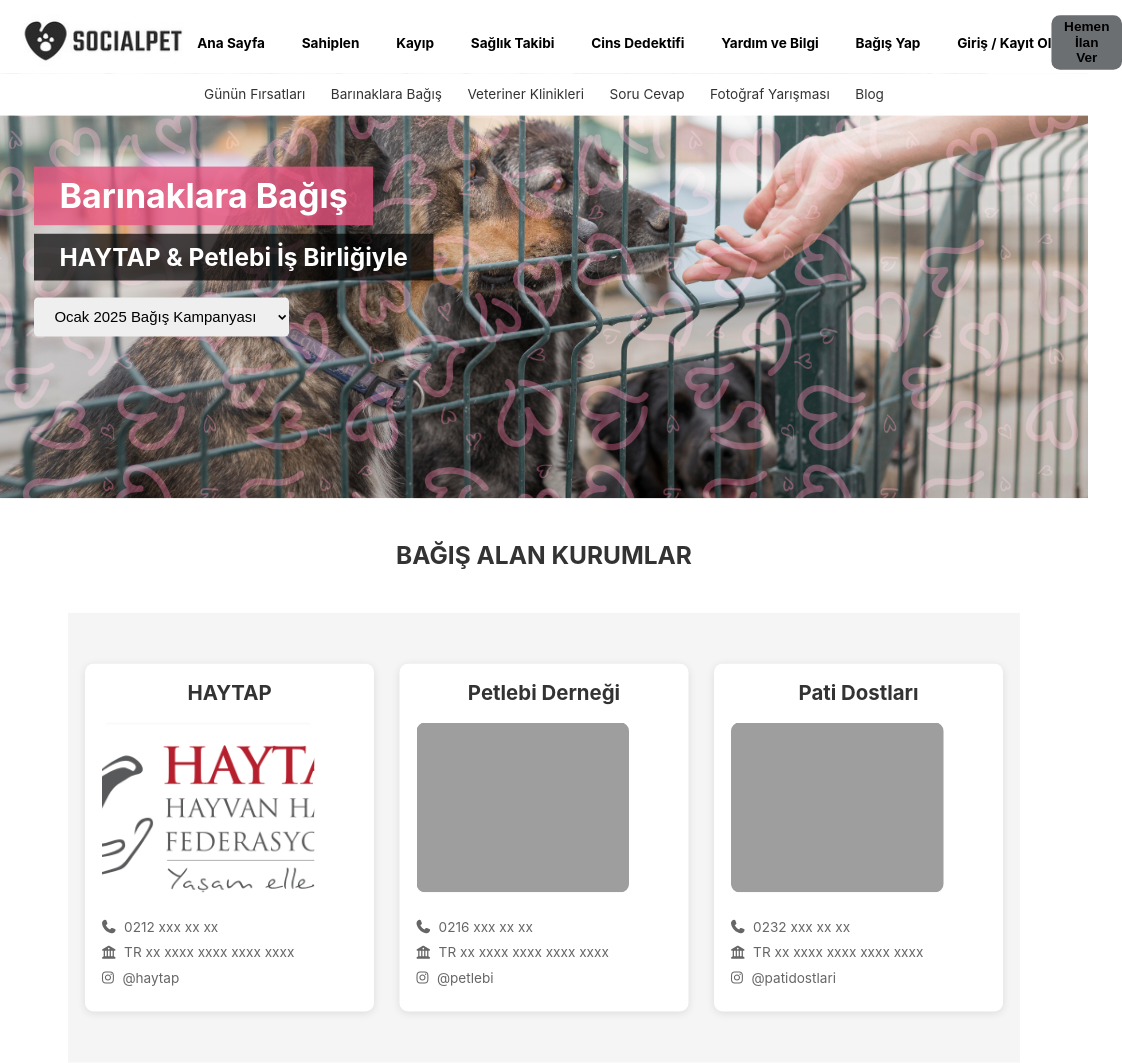
Repository: utkucaa/socialpet-frontend
Page: /donate (app in petweb/petweb/)
An editor plug-in stored every save of this project. The page is shown before and after the next save, followed by the edit.
The browser window is 1280 px wide. The page is 1320 px wide, so the pictures cover 1320 px, including what lies to the right of the window. The pictures show the whole page, at 85% of full size.
Pictures or frames that could not be fetched are drawn as grey boxes. The project was rebuilt for these pictures with package versions that can differ from the ones it lists, and the page was loaded fresh each time. Also part of the build but not shown: petweb/petweb/src/Components/Login/Login.jsx, petweb/petweb/src/Components/Intro/Intro.css, petweb/petweb/src/Components/Intro/Intro.jsx, petweb/petweb/src/Components/Register/Register.jsx, petweb/petweb/src/Components/Profile/ProfilePage.jsx, petweb/petweb/src/Components/Adoption/Header.css, petweb/petweb/src/Components/Adoption/Header.jsx, petweb/petweb/src/Components/Adoption/Stats.css and 30 more. Imported but missing from the stored project, and not drawn on this page: petweb/petweb/src/Components/AdoptionSteps.

Above is the page before, as saved 2025-01-09 21:53:52.

### petweb/petweb/src/Components/Navbar/Navbar.jsx
import React from 'react';
import { Link } from 'react-router-dom';
import './Navbar.css';

const Navbar = ({ user, setUser }) => {
  const handleLogout = () => {
    setUser(null);
  };

  return (
    <div className='n-container'>
      <div className="n-left">
        <Link to="/">
          <img src="/logo.png" alt="Social Pet Logo" className="n-logo" />
        </Link>
      </div>
      <div className="n-right">
        <div className="n-list">
          <ul>
            <li><Link to="/">Ana Sayfa</Link></li>
            <li><Link to="/adopt">Sahiplen</Link></li>
            <li><Link to="/lost">Kayıp</Link></li>
            <li><Link to="/health-tracking">Sağlık Takibi</Link></li>
            <li><Link to="/breed-detector">Cins Dedektifi</Link></li>
            <li><Link to="/help-info">Yardım ve Bilgi</Link></li>
            <li><Link to="/donate">Bağış Yap</Link></li>

            {!user ? (
              <li><Link to="/login">Giriş / Kayıt Ol</Link></li>
            ) : (
              <li><Link to="/profile">Profil</Link></li>
            )}
          </ul>
        </div>
        {!user ? (
          <button className='giris-cıkıs'>
            <Link to="/create-ad">Hemen İlan Ver</Link>
          </button>
        ) : (
          <button className='giris-cıkıs cıkıs' onClick={handleLogout}>
            <Link to="/">Çıkış Yap</Link>
          </button>
        )}
      </div>
    </div>
  );
};

export default Navbar;

### petweb/petweb/src/Components/Donate/Donate.jsx
import React from 'react';
import './Donate.css';
import { FontAwesomeIcon } from '@fortawesome/react-fontawesome';
import { faPhone, faUniversity } from '@fortawesome/free-solid-svg-icons';
import { faInstagram } from '@fortawesome/free-brands-svg-icons';

const Donate = () => {
  const donationCards = [
    {
      name: "HAYTAP",
      image: "/haytap.png",
      phone: "0212 xxx xx xx",
      iban: "TR xx xxxx xxxx xxxx xxxx",
      instagram: "@haytap"
    },
    {
      name: "Petlebi Derneği",
      image: "/hayvan2.jpg",
      phone: "0216 xxx xx xx",
      iban: "TR xx xxxx xxxx xxxx xxxx",
      instagram: "@petlebi"
    },
    {
      name: "Pati Dostları",
      image: "/hayvan3.jpg",
      phone: "0232 xxx xx xx",
      iban: "TR xx xxxx xxxx xxxx xxxx",
      instagram: "@patidostlari"
    }
  ];

  return (
    <div className="main-container">
      {/* Üst Kısım - Resimli Alan */}
      <div className="hero-section">
        <nav className="nav-menu">
          <ul>
            <li>Günün Fırsatları</li>
            <li>Barınaklara Bağış</li>
            <li>Veteriner Klinikleri</li>
            <li>Soru Cevap</li>
            <li>Fotoğraf Yarışması</li>
            <li>Blog</li>
          </ul>
        </nav>
        <div className="hero-content">
          <div className="title-box">
            <h1>Barınaklara Bağış</h1>
          </div>
          <div className="subtitle-box">
            <h2>HAYTAP & Petlebi İş Birliğiyle</h2>
          </div>
          <div className="select-container">
            <select>
              <option>Ocak 2025 Bağış Kampanyası</option>
            </select>
          </div>
        </div>
      </div>

      {/* Alt Kısım - Bilgilendirme ve Kartlar */}
      <div className="content-section">
        <div className="info-section">
          <h2>BAĞIŞ ALAN KURUMLAR</h2>
        </div>

        <div className="donation-cards-container">
          {donationCards.map((card, index) => (
            <div key={index} className="donation-card">
              <h3 className="card-title">{card.name}</h3>
              <div className="card-image">
                <img src={card.image} alt={card.name} />
              </div>
              <div className="card-info">
                <p> <FontAwesomeIcon icon={faPhone} /> {card.phone}</p>
                <p><FontAwesomeIcon icon={faUniversity} /> {card.iban}</p>
                <p><FontAwesomeIcon icon={faInstagram} /> {card.instagram}</p>
              </div>
            </div>
          ))}
        </div>
      </div>
    </div>
  );
};

export default Donate;

### petweb/petweb/src/Components/Navbar/Navbar.css
.spline-sans-mono {
    font-family: "Spline Sans Mono", monospace;
  }

.n-container{
    height: 10vh;
    margin-top: 14px;
    display: flex;
    justify-content: space-between;
    align-items: center;
    padding: 0 2rem;
}

.n-logo {
    width: 200px;
    height: auto;
    margin-right: 10px;
    margin-left: -10px;
  }


.n-left{
    flex:1;
    align-items: center;
    display: flex;
    gap:1 rem;
}


.n-right{
    display: flex;
    flex: 5;
    align-items: center;
    justify-content: center;
    font-weight: 400;
}

.n-list{
    flex: 10;
}

.n-list a {
    text-decoration: none;
    color: black;
    font-weight: bold;
    font-size: 16px;
    transition: color 0.3s ease;
}

.n-list a:hover {
    color:  #1a237e;
}

.n-list>ul{
    display: flex;
    gap: 2.7rem;
    margin-right: 2rem;
    margin-left: -10px;
    align-items: center;
    list-style: none;
    padding: 0;
    margin: 0;
}

.n-list>ul>li {
    white-space: nowrap;
}

.giris-cıkıs {
    background-color: #6b6f72;
    color: white;
    padding: 5px 15px;
    border: none;
    border-radius: 10px;
    cursor: pointer;
    font-size: 16px;
    font-weight: bold;
    transition: background-color 0.3s ease, transform 0.2s ease;
    margin-right: -14px;
    width: auto;
}
.giris-cıkıs:hover {
    background-color: #4b5b63;
    transform: scale(1.05);
}

.giris-cıkıs a {
    text-decoration: none;
    color: black;
    font-weight: bold;
    font-size: 16px;
}

.giris-cıkıs a:hover {
    color: white;
}

### petweb/petweb/src/Components/Login/Login.css

.login-page {
    display: flex;
    height: 100vh;
  }

  .login-left {
    flex: 1;
  display: flex;
  flex-direction: column;
  justify-content: center;
  align-items: center;
  background: linear-gradient(135deg, #f0f0f0, #d9e4f5);
  padding: 20px;
  text-align: center;
  border-top-right-radius: 20px;
  border-radius: 20px;
  margin-left: 30px;
  }
  .login-logo {
    width: 400px;
    height: auto;
    border-radius: 10px;
    margin-top: 20px;
  }
  .login-left h1 {
    font-size: 36px;
    color: #333;
    margin-bottom: 5px;
    margin-top: 10px;
  }

  .login-left p {
    font-size: 18px;
    margin-top: 5px;
    color: #555;
  }

  .login-image {
    width: 70%;
    margin-top: 20px;
    border-radius: 10px;
  }

  .login-right {
    flex: 1;
    display: flex;
    justify-content: center;
    align-items: center;
    background: #fff;
  }

  .login-box {
    background: white;
    padding: 30px;
    border-radius: 8px;
    box-shadow: 0 4px 15px rgba(0, 0, 0, 0.2);
    text-align: center;
    width: 90%;
    max-width: 400px;
  }

  h2 {
    font-size: 24px;
    margin-bottom: 20px;
    color: #333;
  }

  .form-group {
    margin-bottom: 15px;
    text-align: left;
  }

  label {
    display: block;
    font-size: 14px;
    margin-bottom: 5px;
    color: #555;
  }

  input {
    width: 100%;
    padding: 10px;
    font-size: 14px;
    border-radius: 5px;
    border: 1px solid #ccc;
    outline: none;
    transition: border-color 0.3s;
  }

  input:focus {
    border-color: #5d6d7e;
  }

  .login-button {
    background-color: #5d6d7e;
    color: white;
    padding: 10px;
    width: 100%;
    border: none;
    border-radius: 5px;
    font-size: 16px;
    cursor: pointer;
    transition: background-color 0.3s;
  }

  .login-button:hover {
    background-color: #4b5b63;
  }

  .error-message {
    color: red;
    font-size: 14px;
    margin-bottom: 15px;
  }

  .redirect-message {
    margin-top: 15px;
    font-size: 14px;
  }

  .redirect-message a {
    color: #4a90e2;
    text-decoration: none;
  }

  .redirect-message a:hover {
    text-decoration: underline;
  }

### petweb/petweb/src/Components/Register/Register.css
.register-page {
    display: flex;
    height: 100vh;
  }

  .register-left {
    flex: 1;
  display: flex;
  flex-direction: column;
  justify-content: center;
  align-items: center;
  background: linear-gradient(135deg, #f0f0f0, #d9e4f5);
  padding: 20px;
  text-align: center;
  border-top-right-radius: 20px;
  border-radius: 20px;
  margin-left: 30px;
  }

  .register-logo {
    width: 400px;
    height: auto;
    border-radius: 10px;
    margin-top: 20px;
  }

  .register-left h1 {
    font-size: 36px;
    color: #333;
    margin-bottom: 5px;
    margin-top: 10px;
  }

  .register-left p {
    font-size: 18px;
    margin-top: 5px;
    color: #555;
  }

  .register-right {
    flex: 1;
    display: flex;
    justify-content: center;
    align-items: center;
    background: #fff;
  }

  .register-box {
    background: white;
  padding: 20px;
  border-radius: 20px;
  box-shadow: 0 4px 15px rgba(0, 0, 0, 0.2);
  text-align: center;
  width: 100%;
  max-width: 600px;
  }

  h2 {
    font-size: 24px;
    margin-bottom: 20px;
    color: #333;
  }

  .form-group {
    margin-bottom: 15px;
    text-align: left;
  }

  label {
    font-size: 14px;
  margin-bottom: 5px;
  color: #555;
  align-self: flex-start;
  padding-left: 112px;
  }

  input {
    width: 100%;
    max-width: 350px;
    padding: 12px;
    font-size: 14px;
    border-radius: 5px;
    border: 1px solid #ccc;
    outline: none;
    transition: border-color 0.3s;
    margin: 0 auto;
    display: block;
  }

  input:focus {
    border-color: #5d6d7e;
  }

  .register-button {
    background-color: #5d6d7e;
  color: white;
  padding: 12px;
  width: 100%;
  max-width: 350px;
  border: none;
  border-radius: 5px;
  font-size: 16px;
  cursor: pointer;
  transition: background-color 0.3s;
  margin: 20px auto;
  display: block;
  }

  .register-button:hover {
    background-color: #4b5b63;
  }

  .error-message {
    color: red;
    font-size: 14px;
    margin-bottom: 15px;
  }

  .redirect-message {
    margin-top: 15px;
    font-size: 14px;
  }

  .redirect-message a {
    color: #4a90e2;
    text-decoration: none;
  }

  .redirect-message a:hover {
    text-decoration: underline;
  }

### petweb/petweb/src/Components/Profile/ProfilePage.css
.profile-container {
  padding: 20px;
  max-width: 1200px;
  margin: 0 auto;
}

.profile-header-section {
  background: #696769;
  border-radius: 8px;
  padding: 20px;
  display: flex;
  justify-content: space-between;
  align-items: center;
  color: white;
}

.profile-avatar {
  display: flex;
  justify-content: center;
  align-items: center;
  position: relative;
  width: 120px;
  height: 120px;
}

.avatar-box {
  width: 100px;
  height: 100px;
  border-radius: 8px;
  background-color: #d9d9d9;
  overflow: hidden;
  display: flex;
  justify-content: center;
  align-items: center;
  position: relative;
  cursor: pointer;
}

.avatar-box img {
  width: 100%;
  height: 100%;
  object-fit: cover;
}

.avatar-input {
  position: absolute;
  top: 0;
  left: 0;
  width: 100%;
  height: 100%;
  opacity: 0;
  cursor: pointer;
  z-index: 2;
}

.profile-left {
  display: flex;
  align-items: center;
  gap: 20px;
}

.profile-avatar img {
  width: 120px;
  height: 120px;
  border-radius: 8px;
  background: #fff;
}

.member-tags {
  display: flex;
  gap: 10px;
  margin: 10px 0;
}

.tag {
  padding: 4px 8px;
  border-radius: 4px;
  font-size: 12px;
}

.tag.blue {
  background: #2196f3;
}

.tag.cyan {
  background: #00bcd4;
}

.stats-section {
  display: grid;
  grid-template-columns: repeat(4, 1fr);
  gap: 20px;
  margin: 20px 0;
}

.stat-card {
  padding: 15px;
  border-radius: 8px;
  color: white;
  text-align: center;
}

.stat-card.blue { background: #82bae8; }
.stat-card.green { background: #86c388; }
.stat-card.orange { background: #e7c086; }
.stat-card.cyan { background: #7bcad4; }


.content-section {
  display: flex;
  gap: 20px;
  margin-top: 20px;
}

.side-menu {
  width: 250px;
  background: #f5f5f5;
  padding: 15px;
  border-radius: 8px;
}

.side-menu ul {
  list-style: none;
  padding: 0;
}

.side-menu li {
  padding: 10px;
  margin: 5px 0;
  cursor: pointer;
  border-radius: 4px;
  transition: background-color 0.3s;
}

.side-menu li:hover {
  background: #e0e0e0;
}

.main-content {
  flex: 1;
}

.no-ads {
  background: #696767;
  color: white;
  padding: 15px;
  border-radius: 8px;
  text-align: center;
}

.profile-actions {
  display: flex;
  gap: 15px;
}

.btn-update, .btn-add {
  padding: 8px 16px;
  border: none;
  border-radius: 4px;
  cursor: pointer;
}

.btn-update {
  background: #f5f5f5;
  color: #333;

}

.btn-add {
  background: #eda03c;
  color: white;

}

.btn-logout {
  background-color: rgb(201, 197, 197);
  color: white;
  border: none;
  padding: 10px 20px;
  cursor: pointer;
  margin-top: 10px; /* İlan Ekle butonundan sonra biraz boşluk bırakır */
}

.btn-logout:hover {
  background-color: rgb(55, 54, 54);
}

### petweb/petweb/src/Components/Adoption/CreatedPage.css
.create-ad-container {
  display: flex;
  width: 100%;
}

.create-ad-title {
  font-size: 24px;
  font-weight: bold;
  color: #333;
  margin-left: 90px;
  margin-top: 20px;
  text-align: left;
  position: relative;
  top: 20px;
}

select {
  font-size: 12px;
  padding: 5px 8px;
  width: 100px;
  height: auto;
  border-radius: 5px;
  border: 1px solid #ccc;
}

option {
  font-size: 12px;
}

.sidebar {
  width: 250px;
  background-color: #f4f4f4;
  height: 100vh;
  padding: 20px;
  box-shadow: 2px 0 5px rgba(0, 0, 0, 0.1);
}

.step-content {
  margin-left: 270px;
  padding: 20px;
  width: calc(100% - 270px);
  display: flex;
  flex-direction: column;
}

.step-indicator {
  display: flex;
  justify-content: center;
  align-items: center;
  margin-bottom: 20px;
  gap: 50px;
}

.step-box {
  width: 40px;
  height: 40px;
  background-color: transparent;
  border-radius: 50%;
  display: flex;
  justify-content: center;
  align-items: center;
  font-size: 18px;
  margin: 0 px;
  font-weight: bold;
  cursor: pointer;
  box-shadow: none;
  border: none;
  transition: background-color 0.3s ease, color 0.3s ease;
}

.step-box.active {
  background-color: #f8c471;
  color: white;
}

.step-box.inactive {
  background-color: #ccc;
  color: #666;
}

.step-text.active-text {
  color: #f8c471;
}

.step-text.inactive-text {
  color: #666;
}

.step-description {
  display: flex;
  justify-content: center;
  margin-top: -10px;
  gap: 80px;
}

.step-text {
  font-size: 14px;
  text-align: center;
  width: auto;
  margin: 20px 0 0 0;
  transition: color 0.3s;
}

.step-text h2 {
  font-size: 12px;
  color: #333;
  margin-top: 5px;
  transition: color 0.3s ease, font-weight 0.3s ease; /* Animasyon */
}

.step-text.active-text h2 {
  color: #f8c471; /* Aktif başlık rengi */
  font-weight: bold;
}

.step {
  display: flex;
  flex-direction: column;
  align-items: flex-start; /* Sola hizalar */
  width: 100%;
}

### petweb/petweb/src/Components/Lost/CreateListingPage.css
.page-container {
  width: 100%;
  max-width: 1200px;
  margin: 0 auto;
  padding: 20px;
}

.baslık{
  font-size: 28px;
  margin-bottom: 29px;
}

.create-listing-container {
  display: flex;
  gap: 30px;
}

.left-section {
  flex: 7;
}

.right-section {
  flex: 3;
}

.form-group {
  margin-bottom: 20px;
}

h2, h3 {
  margin-bottom: 9px;
  color: #333;
  font-size: 18px;
}

.form-input,
.form-select,
.form-textarea {
  width: 100%;
  padding: 12px;
  border: 1px solid #ddd;
  border-radius: 4px;
  font-size: 16px;
  margin-bottom: 10px;
}

.form-textarea {
  min-height: 150px;
  resize: vertical;
}



.warning-text {
  color: #d32f2f;
  font-weight: bold;
  margin: 10px 0;
}

.note-text {
  color: #666;
  font-size: 14px;
  margin-top: 8px;
}

.map-container {
  width: 100%;
  height: 400px;
  background-color: #f5f5f5;
  border-radius: 4px;
  margin-bottom: 20px;
  display: flex;
  align-items: center;
  justify-content: center;
}

/* Sağ bölüm stilleri */
.image-upload-container {
  border: 2px dashed #ddd;
  border-radius: 4px;
  padding: 20px;
  text-align: center;
  background-color: #f9f9f9;
}

.file-input {
  display: none;
}

.file-label {
  cursor: pointer;
  display: block;
}

.upload-placeholder {
  color: #1976d2;
  font-size: 18px;
  padding: 60px 0;
}

.preview-image {
  max-width: 100%;
  max-height: 300px;
  object-fit: contain;
}

.upload-note {
  color: #666;
  font-size: 14px;
  margin-top: 10px;
}

.button-container {
  margin-top: 20px;
}

.publish-button,
.delete-button {
  width: 100%;
  padding: 12px;
  border: none;
  border-radius: 4px;
  font-size: 16px;
  cursor: pointer;
  margin-bottom: 10px;
}

.publish-button {
  background-color: #5d9d5f;
  color: white;
}

.delete-button {
  background-color: #d9473d;
  color: white;
}

.publish-button:hover,
.delete-button:hover {
  opacity: 0.9;
}

.terms-text {
  text-align: center;
  font-size: 14px;
  color: #666;
  margin-top: 15px;
}

.terms-text a {
  color: #1976d2;
  text-decoration: none;
}

### petweb/petweb/src/Components/Donate/Donate.css
.main-container {
    width: 100%;
    min-height: 100vh;
  }

  /* Üst Kısım - Hero Section */
  .hero-section {
    width: 100%;
    height: 500px;
    position: relative;
    background-image: url('/public/bagıs.jpg');
    background-size: cover;
    background-position: center;
    overflow: hidden;
  }

  /* Kalp Efekti */
  .hero-section::after {
    content: '';
    position: absolute;
    top: 0;
    left: 0;
    right: 0;
    bottom: 0;
    background-image: url('/public/heart-pattern.png');
    background-size: 800px auto;
    opacity: 0.4;
    pointer-events: none;
    animation: floatingHearts 20s linear infinite;
    mix-blend-mode: screen;
  }

  /* Gradient Overlay */
  .hero-section::before {
    content: '';
    position: absolute;
    top: 0;
    left: 0;
    right: 0;
    bottom: 0;
    background: linear-gradient(
      rgba(255, 255, 255, 0.1),
      rgba(0, 0, 0, 0.2)
    );
  }

  /* Navigasyon Menüsü */
  .nav-menu {
    background-color: white;
    padding: 15px 0;
    position: relative;
    z-index: 10;
  }

  .nav-menu ul {
    display: flex;
    justify-content: center;
    list-style: none;
    gap: 30px;
    margin: 0;
    padding: 0;
  }

  .nav-menu li {
    color: #333;
    cursor: pointer;
  }

  /* Hero İçerik */
  .hero-content {
    position: relative;
    z-index: 2;
    padding: 60px 40px;
    max-width: 1200px;
    margin: 0 auto;
  }

  .title-box {
    margin-bottom: 10px;
  }

  .title-box h1 {
    background-color: rgba(231, 84, 128, 0.8);
    color: white;
    padding: 10px 30px;
    font-size: 2.5rem;
    margin: 0;
    display: inline-block;
  }

  .subtitle-box {
    margin-bottom: 20px;
  }

  .subtitle-box h2 {
    background-color: rgba(0, 0, 0, 0.7);
    color: white;
    padding: 10px 30px;
    font-size: 1.8rem;
    margin: 0;
    display: inline-block;
  }

  .select-container select {
    padding: 12px 20px;
    font-size: 1.1rem;
    border: none;
    border-radius: 5px;
    min-width: 300px;
    cursor: pointer;
  }

  /* Alt Kısım - Content Section */
  .content-section {
    background-color: white;
    display: flex;           /* Eklendi */
  flex-direction: column;  /* Eklendi */
  align-items: center;
  }

  .info-section {
    text-align: center;
    padding: 30px 0;

  }

  .info-section h2 {
    margin: 0;
    color: #333;
    font-size: 1.8rem;
  }

  /* Bağış Kartları */
  .donation-cards-container {
    display: flex;
  justify-content: center;
  gap: 30px;
  padding: 60px 20px; /* Üst padding'i artırdık */
  flex-wrap: wrap;
  max-width: 1200px;
  margin: 0 auto;
  background-color: #f5f5f5;
  }

  .donation-card {
    background: white;
    border-radius: 10px;
    box-shadow: 0 2px 10px rgba(0, 0, 0, 0.1);
    width: 300px;
    padding: 20px;
    display: flex;
    flex-direction: column;
    align-items: center;
    transition: transform 0.3s ease;
  }

  .donation-card:hover {
    transform: translateY(-5px);
  }

  .card-title {
    color: #333;
    font-size: 1.5rem;
    margin: 0 0 20px 0;
    text-align: center;
  }

  .card-image {
    width: 100%;
    height: 200px;
    overflow: hidden;
    border-radius: 8px;
    margin-bottom: 20px;
  }

  .card-image img {
    width: 100%;
    height: 100%;
    object-fit: cover;
  }

  .card-info {
    width: 100%;
  }

  .card-info p {
    margin: 10px 0;
    color: #666;
    display: flex;
    align-items: center;
    gap: 10px;
  }

  .card-info i {
    width: 20px;
    color: #e75480;
  }

  /* Animasyon */
  @keyframes floatingHearts {
    from {
      background-position: 0 0;
    }
    to {
      background-position: 100% 100%;
    }
  }

  /* Responsive Tasarım */
  @media (max-width: 1024px) {
    .donation-cards-container {
      gap: 20px;
    }

    .donation-card {
      width: calc(50% - 40px);
    }
  }

  @media (max-width: 768px) {
    .nav-menu ul {
      flex-wrap: wrap;
      gap: 15px;
    }

    .hero-content {
      padding: 40px 20px;
    }

    .select-container select {
      min-width: 250px;
    }

    .donation-card {
      width: 100%;
      max-width: 400px;
    }
  }

  .card-image img {
    width: 250px; /* Genişlik */
    height: 200px; /* Yükseklik */
    object-fit: cover; /* Resmi kare alanda düzgün şekilde yerleştirir */
    border-radius: 10px; /* Kenarları yuvarlamak için opsiyonel */
  }

Loaded but not shown: petweb/petweb/public/index.html (common file); petweb/petweb/src/index.js (common file); petweb/petweb/src/index.css (common file); petweb/petweb/src/reportWebVitals.js (common file); petweb/petweb/src/App.js (55 lines, source omitted)

After the next save:
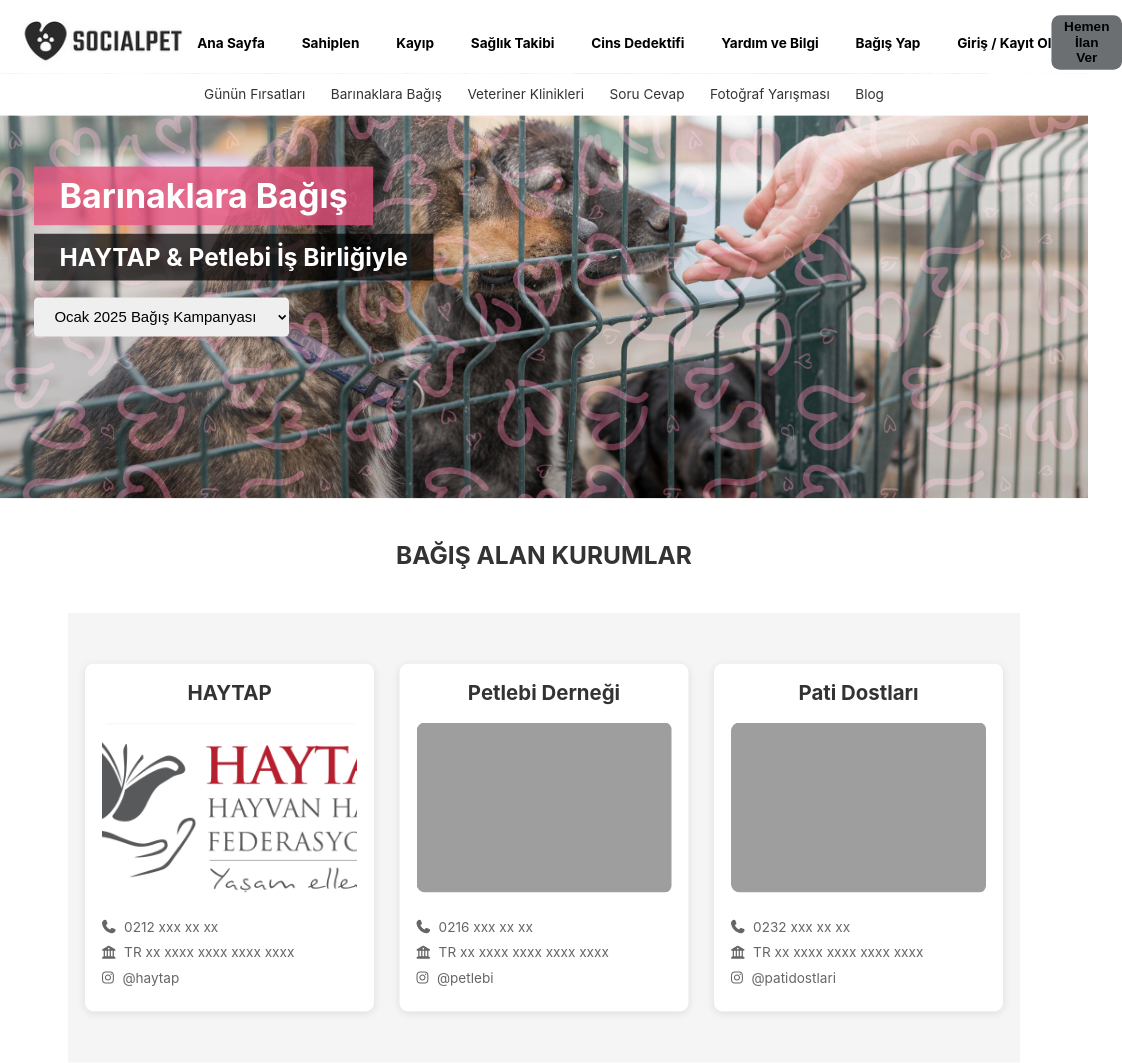
Saved 4 s later.
--- a/petweb/petweb/src/Components/Donate/Donate.css
+++ b/petweb/petweb/src/Components/Donate/Donate.css
@@ -238,7 +238,7 @@
   }
 
   .card-image img {
-    width: 250px; /* Genişlik */
+    width: 350px; /* Genişlik */
     height: 200px; /* Yükseklik */
     object-fit: cover; /* Resmi kare alanda düzgün şekilde yerleştirir */
     border-radius: 10px; /* Kenarları yuvarlamak için opsiyonel */
